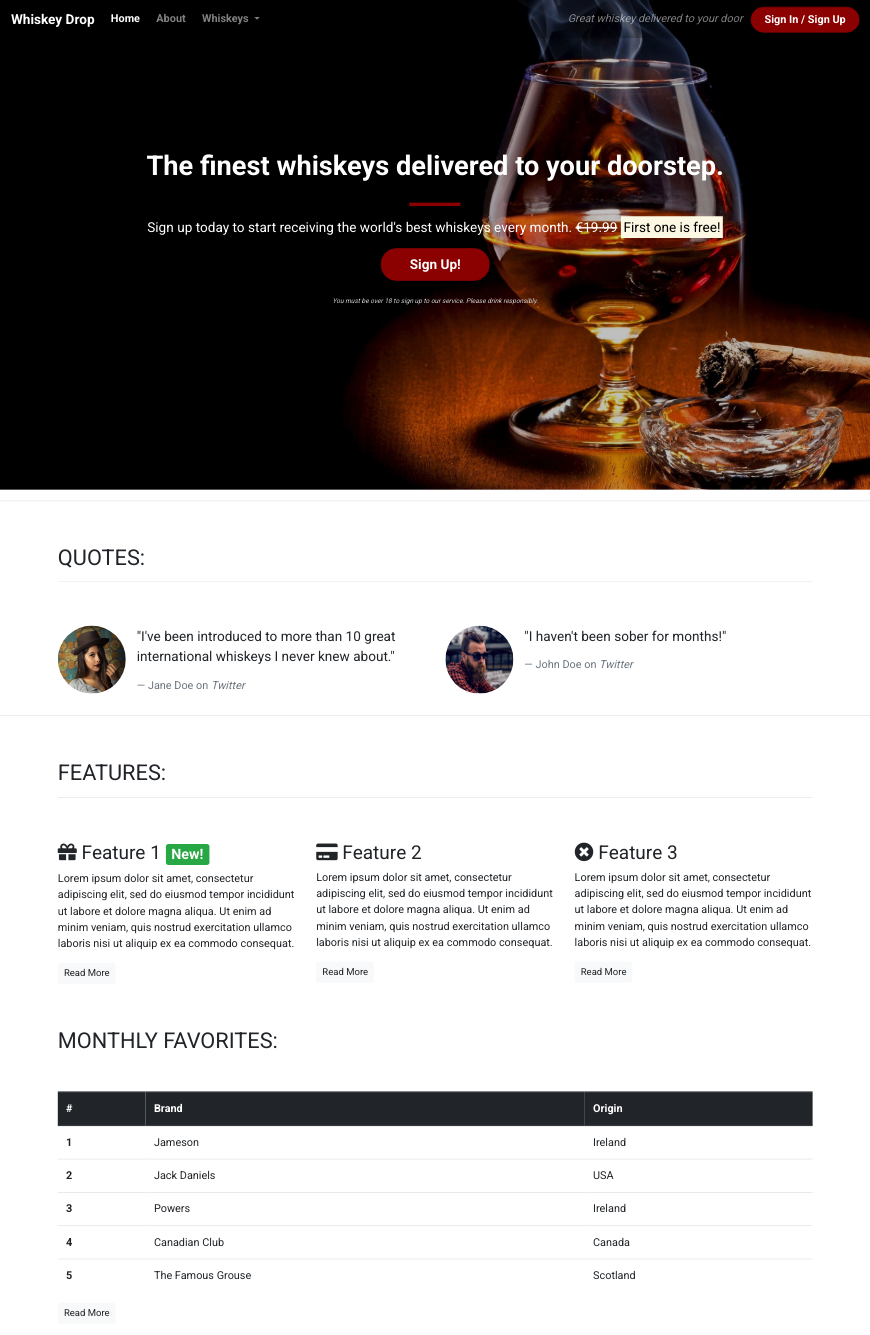
Repository: dof-bull/whiskey-drop
Page: index.html
The author's editor kept a record of every edit. The page is drawn from the files as they stood at one moment, then again after the next edit.
The browser window is 1280 px wide. The pictures show the whole page, at 68% of full size.
Backgrounds fixed to the window are drawn as part of the page. Some web libraries are served in a nearby version.

Above is the page before.

After the next edit:
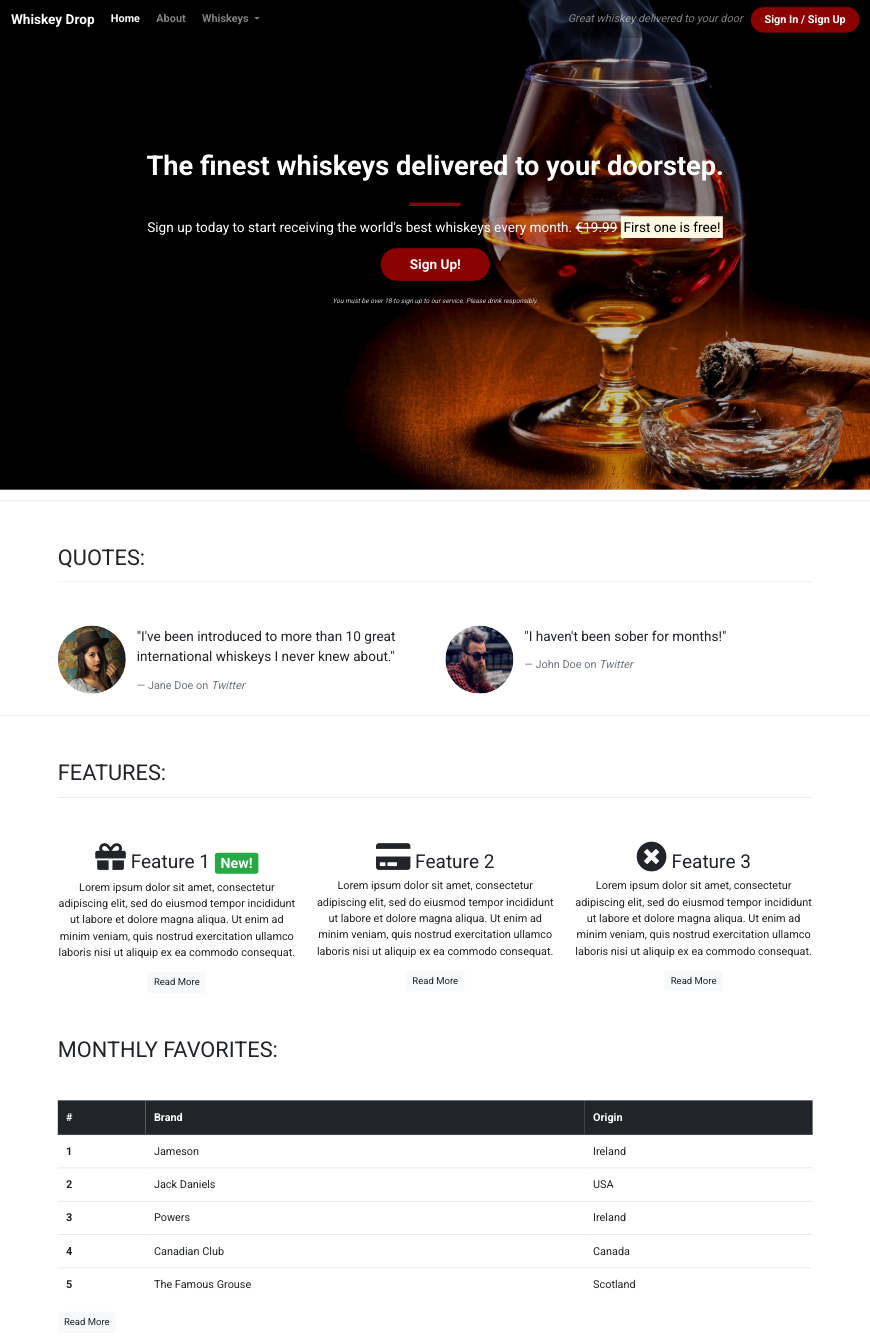
The edit:
--- a/css/style.css
+++ b/css/style.css
@@ -172,7 +172,7 @@
 
 .feature {
 text-align: center
-)
+}
 
 .feature i {
     margin-bottom: 20px;
